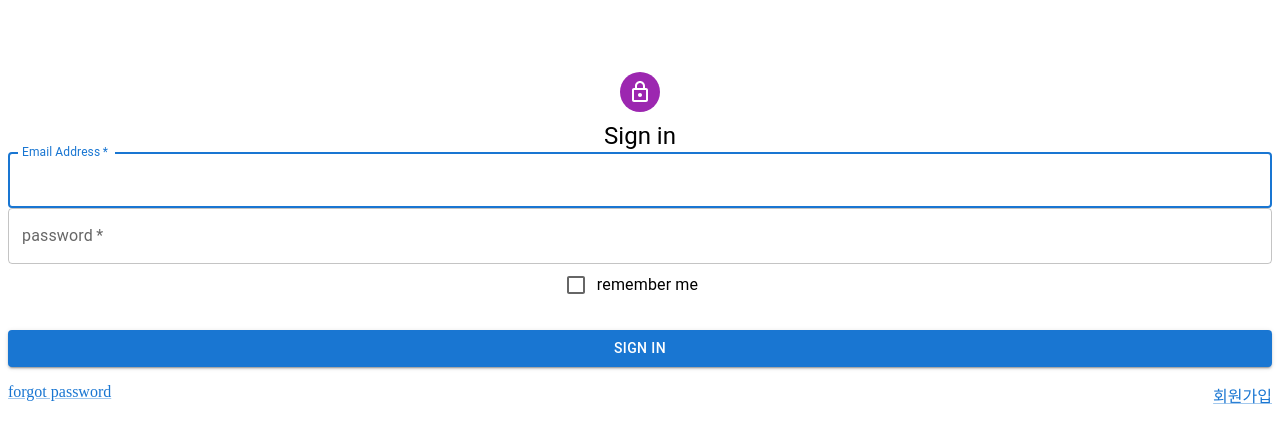
Repository: chlwpdnswku/nextjsportpolioclone
Page: /
An editor plug-in stored every save of this project. The page is shown before and after the next save, followed by the edit.
The browser window is 1280 px wide. The pictures show the whole page.
The project was rebuilt for these pictures with package versions that can differ from the ones it lists, and the page was loaded fresh each time. The framework's server and built-in components were replaced by stand-ins that run in the browser. Also part of the build but not shown: next.config.js.

Above is the page before, as saved 2022-08-05 17:22:36.

### pages/index.tsx
import React, { useState } from 'react';
import type { NextPage } from 'next';
import Head from 'next/head';
import Image from 'next/image';
import styles from '../styles/Home.module.css';
import {
  Button,
  FormControl,
  FormControlLabel,
  Link,
  TextField,
  Grid,
  Typography,
  Avatar,
  Box,
} from '@mui/material';
import LockOutlinedIcon from '@mui/icons-material/LockOutlined';
import Checkbox from '@mui/material/Checkbox';

const Home: NextPage = () => {
  return (
    <>
      <Box
        sx={{
          marginTop: 8,
          display: 'flex',
          flexDirection: 'column',
          alignItems: 'center',
        }}
      >
        {/* Typography는 text폰트를 지정할수 있도록 하는 것 h1 테그로 감싸지고 variant h5 는 mui에서 지정한 h5디자인 적용  */}
        {/* Avata를 통해 아이콘을 원형으로 하기 sx제거해도 자동으로 margin 1만큼  */}
        <Avatar sx={{ m: 1, bgcolor: 'secondary.main' }}>
          {' '}
          <LockOutlinedIcon />
        </Avatar>

        <Typography component='h1' variant='h5'>
          Sign in
        </Typography>
        {/* 필수입력 required */}
        <TextField
          label='Email Address'
          required
          fullWidth
          name='email'
          autoComplete='email'
          autoFocus
        />
        <TextField
          label='password'
          type='password'
          required
          fullWidth
          name='password'
          autoComplete='current-password'
        />
        {/* 체크박스를 누를때 옆에 텍스트를 클릭했을때에도 체크박스가 체크가 된다 !*/}
        <FormControlLabel
          control={<Checkbox value='remember' color='primary'></Checkbox>}
          label='remember me'
        ></FormControlLabel>

        {/* 서버로 보내는 서브밋 타이틀을 만들어줌.  sx props 디자인을 간단히 고치고싶을때 css 효과*/}
        <Button
          type='submit'
          fullWidth
          variant='contained'
          sx={{ mt: 3, mb: 2 }}
        >
          SIGN IN
        </Button>
        <Grid container>
          <Grid item xs>
            <Link href='#'>forgot password</Link>
          </Grid>

          <Grid item>
            {' '}
            <Link href='#'>회원가입</Link>
          </Grid>
        </Grid>
      </Box>
    </>
  );
};

export default Home;

Loaded but not shown: pages/_app.tsx (common file); styles/globals.css (no stored copy; drawn as an empty file)

After the next save:
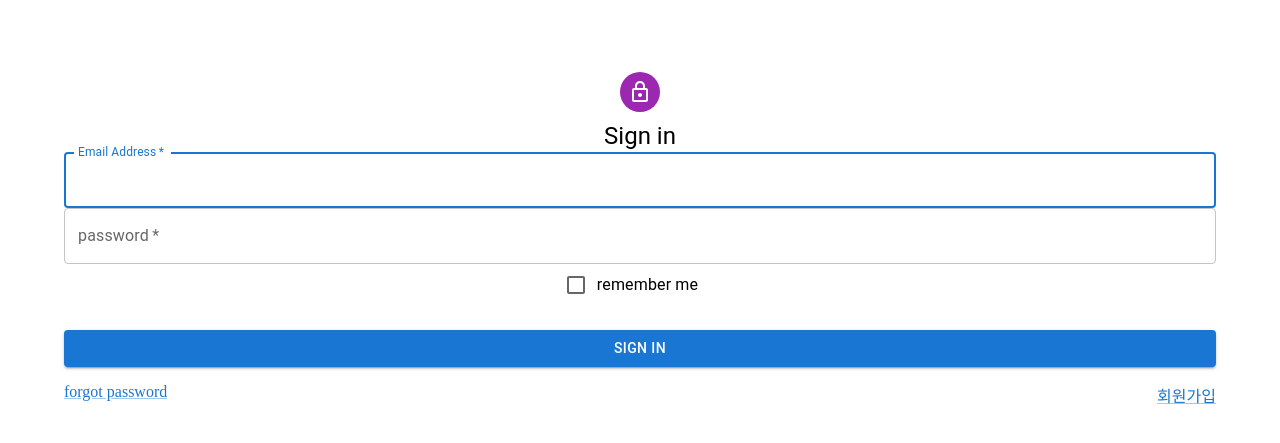
Saved 101 s later.
--- a/pages/index.tsx
+++ b/pages/index.tsx
@@ -16,10 +16,11 @@ import {
 } from '@mui/material';
 import LockOutlinedIcon from '@mui/icons-material/LockOutlined';
 import Checkbox from '@mui/material/Checkbox';
+import { Container } from '@mui/system';
 
 const Home: NextPage = () => {
   return (
-    <>
+    <Container>
       <Box
         sx={{
           marginTop: 8,
@@ -81,7 +82,7 @@ const Home: NextPage = () => {
           </Grid>
         </Grid>
       </Box>
-    </>
+    </Container>
   );
 };
 
